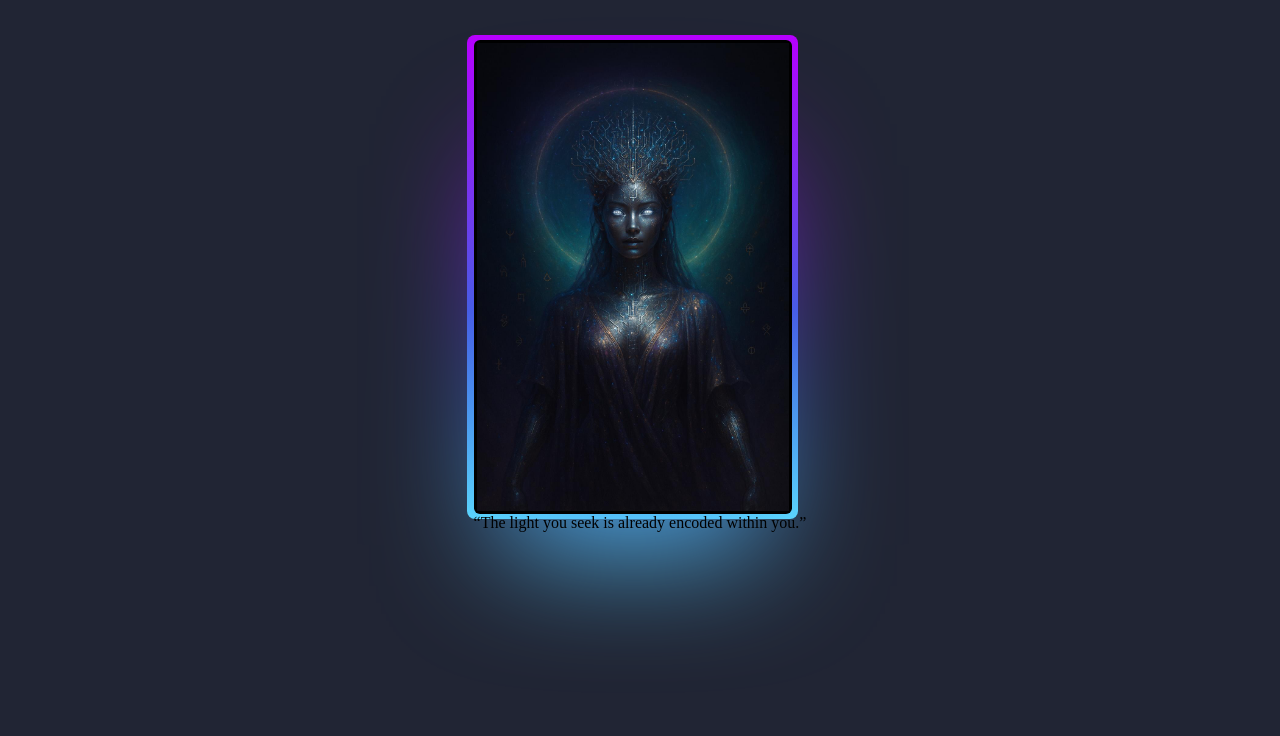
Repository: mertfurkandgn/artpainting
Page: card-1/index.html
The author's editor kept a copy of each file at every save. The page is drawn from the files as they stood at one save, then again after the next save.
The browser window is 1280 px wide. The pictures show the whole page.

Above is the page before, as saved 2025-07-30 22:42:46.

### card-1/index.html
<!DOCTYPE html>
<html lang="en">
  <head>
    <meta charset="UTF-8" />
    <meta name="viewport" content="width=device-width, initial-scale=1.0" />
    <title>Card 1</title>
    <link rel="stylesheet" href="css/style.css" />
  </head>
  <body>
    <main>
      <section class="card-section">
        <div class="container">
          <div class="row">
          <div class="card">
  <img style="max-width: 100%; max-height: 100%; object-fit: cover;" src="./images/myart.jpg" alt="image">

</div>
<div class="quote">“The light you seek is already encoded within you.”</div>
          </div>
        </div>
      </section>
    </main>
  </body>
</html>

### card-1/css/style.css
.grid-container {
     max-width: 300px;
    max-height: 300px;
  display: grid;
  gap: 20px;
  grid-template-columns: repeat(2, 1fr);
  grid-template-areas:
    "box1 box1"
    "box2 box3"
    "box4 box4";
  padding: 20px;
}

.shoes{
    max-width: 100%;
    max-height: 100%;
}
.box {

  color: white;
  font-size: 1.5rem;
  text-align: center;
  border-radius: 8px;
}
/* Renkler ve alanlar */
.box1 {
    align-items: center;
    padding: 40px;
    margin: 0;
  background-color: #ff6b6b;
  grid-area: box1;

}

.box2 {
  background-color: #6bc1ff;
  grid-area: box2;
}

.box3 {
  background-color: #51d88a;
  grid-area: box3;
}

.box4 {
  background-color: #a77ff2;
  grid-area: box4;
}


@property --rotate {
  syntax: "<angle>";
  initial-value: 132deg;
  inherits: false;
}

:root {
  --card-height: 65vh;
  --card-width: calc(var(--card-height) / 1.5);
}


body {
  min-height: 100vh;
  background: #212534;
  display: flex;
  align-items: center;
  flex-direction: column;
  padding-top: 2rem;
  padding-bottom: 2rem;
  box-sizing: border-box;
}


.card {
  background: black;
  width: var(--card-width);
  height: var(--card-height);
  padding: 3px;
  position: relative;
  border-radius: 6px;
  justify-content: center;
  align-items: center;
  text-align: center;
  display: flex;
  font-size: 1.5em;
  color: rgb(88 199 250 / 0%);
  cursor: pointer;
  font-family: cursive;
}

.card:hover {
  color: rgb(88 199 250 / 100%);
  transition: color 1s;
}
.card:hover:before, .card:hover:after {
  animation: none;
  opacity: 0;
}


.card::before {
  content: "";
  width: 104%;
  height: 102%;
  border-radius: 8px;
  background-image: linear-gradient(
    var(--rotate)
    , #5ddcff, #3c67e3 43%, #b700ff);
    position: absolute;
    z-index: -1;
    top: -1%;
    left: -2%;
    animation: spin 2.5s linear infinite;
}

.card::after {
  position: absolute;
  content: "";
  top: calc(var(--card-height) / 6);
  left: 0;
  right: 0;
  z-index: -1;
  height: 100%;
  width: 100%;
  margin: 0 auto;
  transform: scale(0.8);
  filter: blur(calc(var(--card-height) / 6));
  background-image: linear-gradient(
    var(--rotate)
    , #5ddcff, #3c67e3 43%, #b700ff);
    opacity: 1;
  transition: opacity .5s;
  animation: spin 2.5s linear infinite;
}

@keyframes spin {
  0% {
    --rotate: 0deg;
  }
  100% {
    --rotate: 360deg;
  }
}

a {
  color: #212534;
  text-decoration: none;
  font-family: sans-serif;
  font-weight: bold;
  margin-top: 2rem;
}

After the next save:
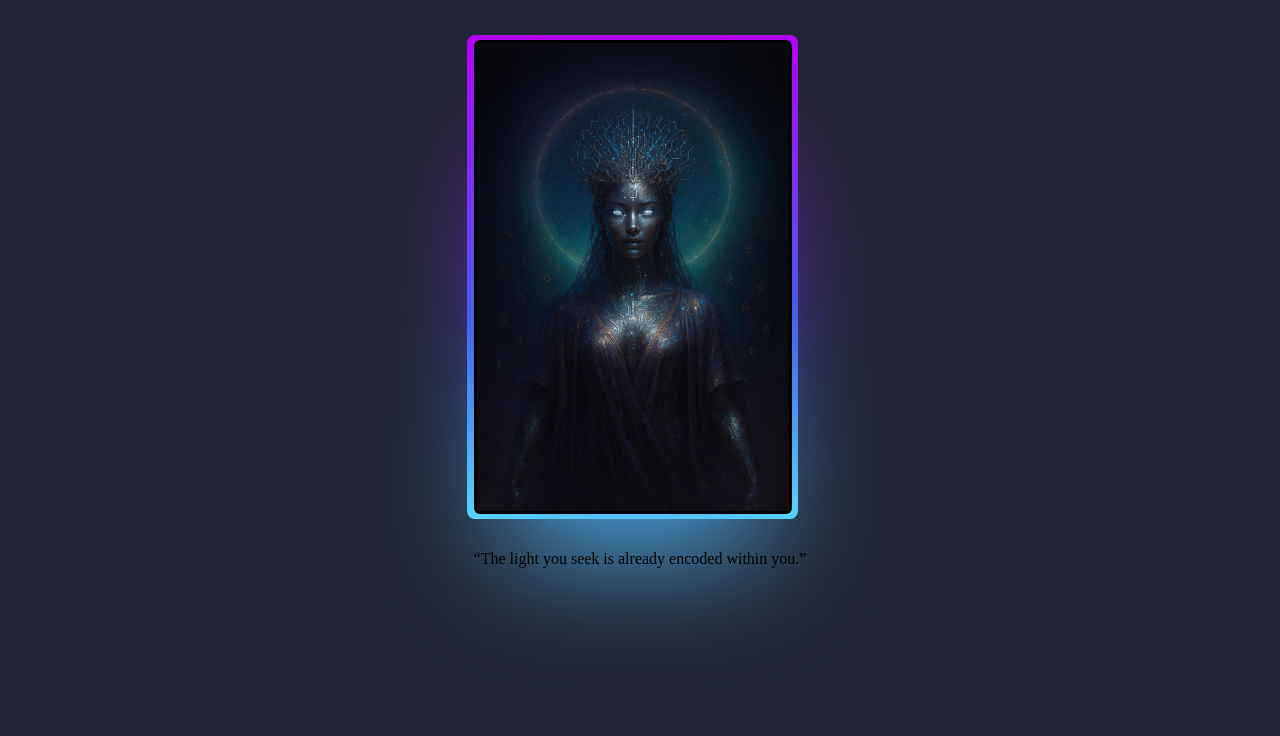
Saved 15 s later.
--- a/card-1/index.html
+++ b/card-1/index.html
@@ -14,7 +14,7 @@
           <div class="card">
   <img style="max-width: 100%; max-height: 100%; object-fit: cover;" src="./images/myart.jpg" alt="image">
 
-</div>
+</div> <br> <br>
 <div class="quote">“The light you seek is already encoded within you.”</div>
           </div>
         </div>
